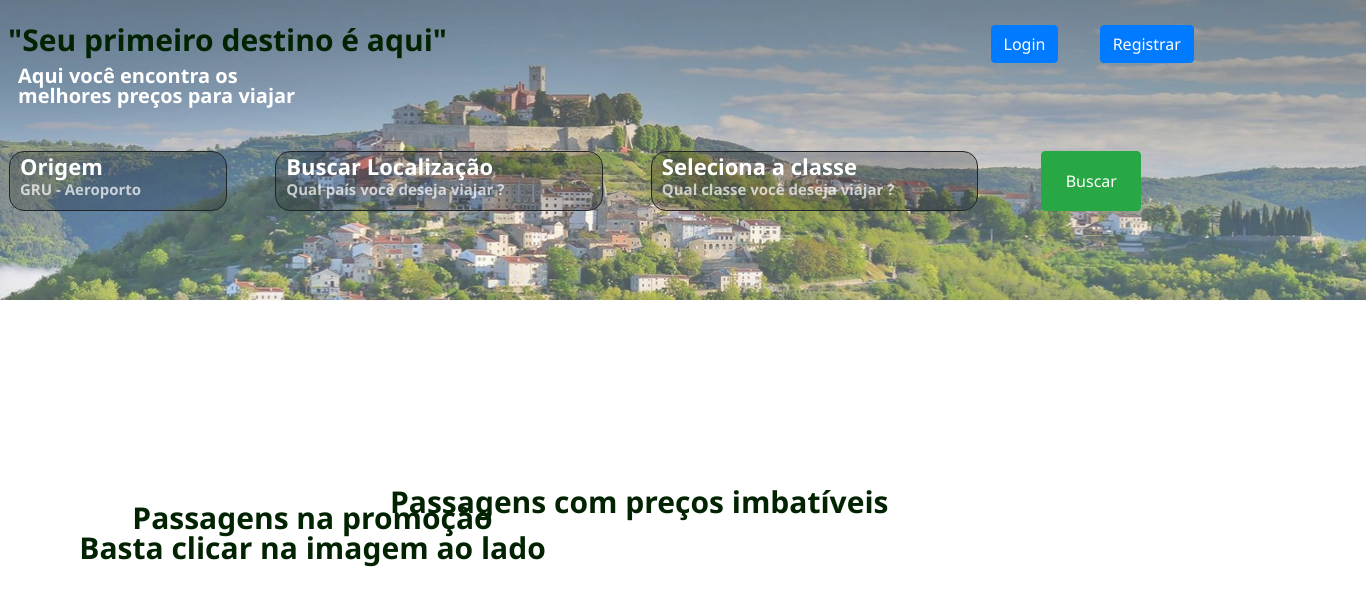
Repository: VictorFlay/Aplicacao-WEB
Page: http://localhost/ProjetoWeb/
These files come from the project's save history. The page is drawn as it stood at one moment and after a run of saves; the edit follows.
The browser window is 1280 px wide. The page is 1366 px wide, so the pictures cover 1366 px, including what lies to the right of the window. The pictures show the whole page.
Some web libraries are served in a nearby version. The page is served by Tomcat 9. Queries for data that is not in the repository find no rows.

Above is the page before, as saved 2021-07-26 13:57:43.

After the next 2 saves:
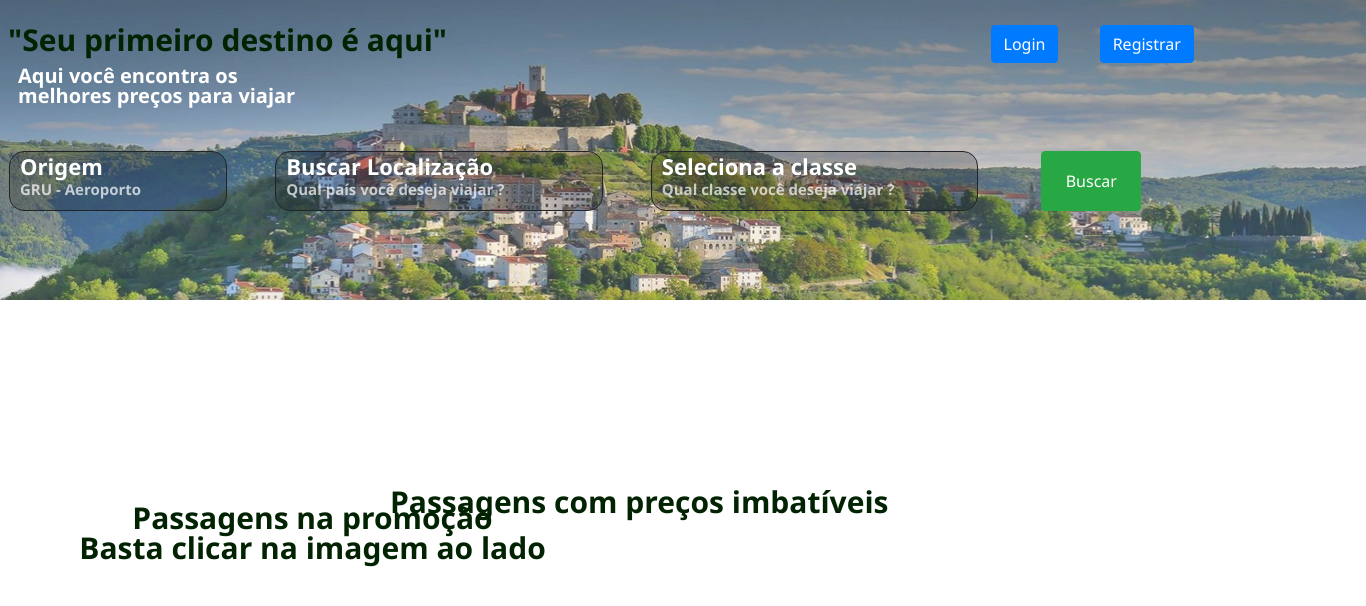
The 2 saves are shown as one change because they came seconds apart.
The last was saved 15 s later.
--- a/ProjetoWeb/WebContent/css/design.css
+++ b/ProjetoWeb/WebContent/css/design.css
@@ -698,7 +698,7 @@ hr.jss14{
 #imagem{
     position: absolute;
     width: 1366px;
-    opacity: 0.7;
+    opacity: 0.8;
 }
 
 #aviaofundo{
